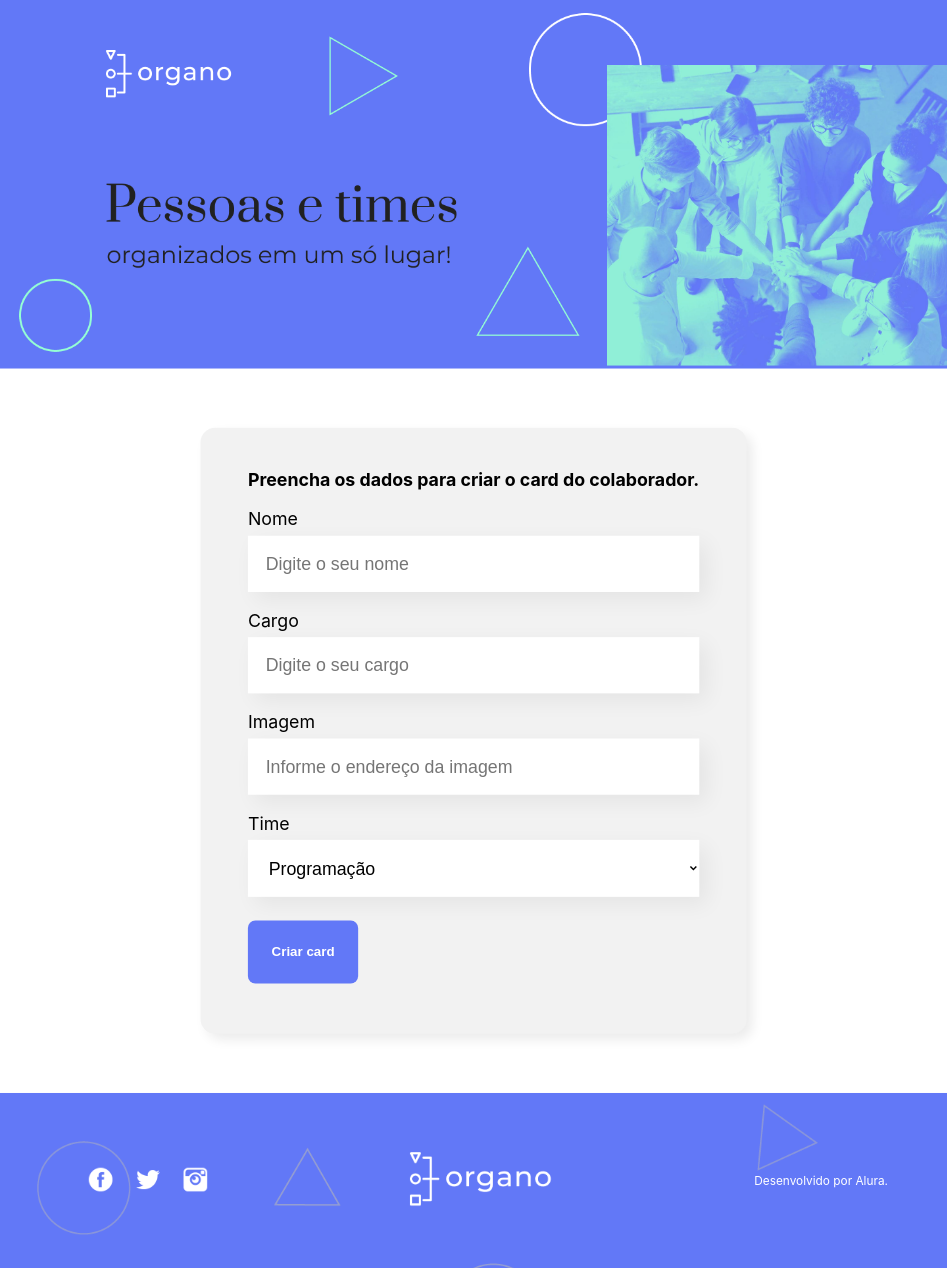
Repository: devMuriloOliveira/organo
Page: /
An editor plug-in stored every save of this project. The page is shown before and after the next save, followed by the edit.
The browser window is 1280 px wide. The pictures show the whole page, at 74% of full size.
The project was rebuilt for these pictures with package versions that can differ from the ones it lists, and the page was loaded fresh each time. Also part of the build but not shown: src/componentes/Colaborador/Colaborador.css, src/componentes/Colaborador/index.js, src/componentes/Time/Time.css, src/componentes/Time/index.js.

Above is the page before, as saved 2023-01-13 18:46:23.

After the next save:
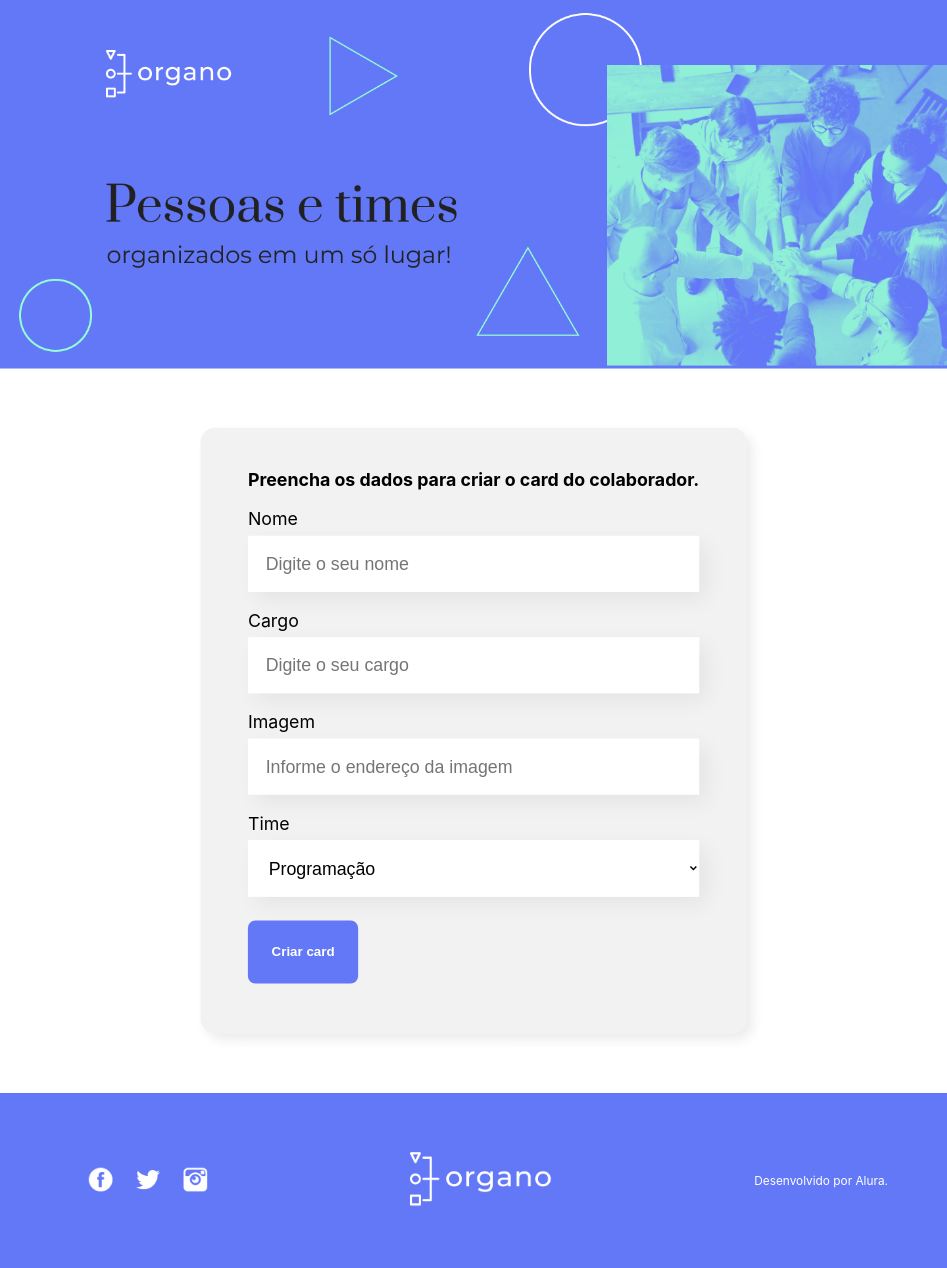
Saved 43 s later.
--- a/src/componentes/Rodape/rodape.css
+++ b/src/componentes/Rodape/rodape.css
@@ -1,13 +1,13 @@
 /* src/componentes/Rodape/index.js */
 
 .footer {
+  background-image: url('/public/imagens/fundo.png');
   background: #6278F7;
   color: #FFF;
   padding: 80px;
   display: flex;
   justify-content: space-between;
   align-items: center;
-  background-image: url('/public/imagens/fundo.png');
 }
 
 .footer ul li {

After the save that followed:
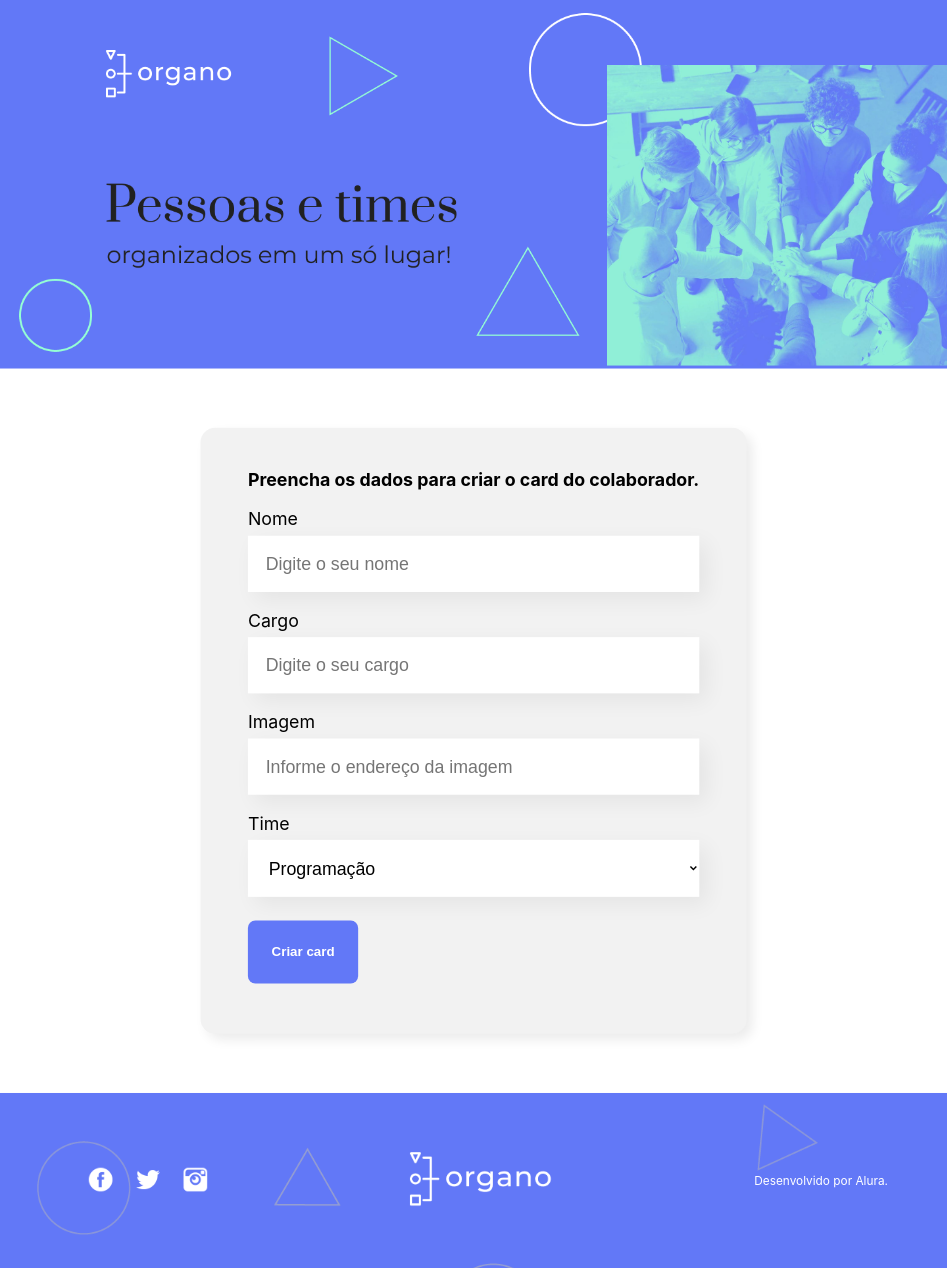
Saved 8 s later.
--- a/src/componentes/Rodape/rodape.css
+++ b/src/componentes/Rodape/rodape.css
@@ -1,8 +1,8 @@
 /* src/componentes/Rodape/index.js */
 
 .footer {
+  background: #6278F7;
   background-image: url('/public/imagens/fundo.png');
-  background: #6278F7;
   color: #FFF;
   padding: 80px;
   display: flex;
